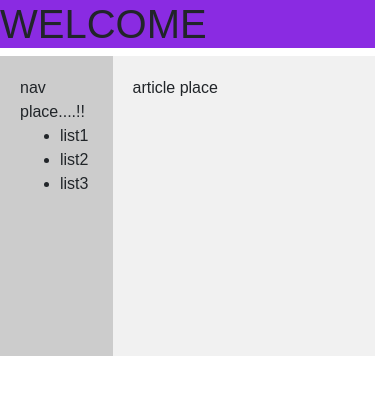
Repository: idrice24/IDRICE24-DASHBOARD
Page: html/header.html
These files come from the project's save history. The page is drawn as it stood at one moment and after the next save; the edit follows.
The browser window is 375 px wide. The pictures show the whole page.

Above is the page before, as saved 2020-09-03 22:56:37.

### html/header.html
<!DOCTYPE html>
<html lang="en">

<head>
    <meta charset="UTF-8">
    <meta name="viewport" content="width=device-width, initial-scale=1.0">
    <meta http-equiv="X-UA-Compatible" content="ie=edge">
    <title>Document</title>
    <link rel="stylesheet" href="../vendor/bootstrap-4.1/bootstrap.min.css">
    <link rel="stylesheet" href="../vendor/font-awesome-4.7/css/font-awesome.min.css">
    <link rel="stylesheet" href="../vendor/idrice24folder/idrice24.css">
</head>

<body>
    <h1>WELCOME</h1>
    <section>
        <nav>nav place....!!
            <ul>
                <li>list1</li>
                <li>list2</li>
                <li>list3</li>
            </ul>
        </nav>
        <article>article place</article>
    </section>

</body>

</html>

### vendor/idrice24folder/idrice24.css
* {
    box-sizing: border-box;
}

body {
    font-family: Arial, Helvetica, sans-serif;
}

h1,
h2,
h3 {
    background-color: blueviolet;
}

header {
    background-color: #666;
    padding: 30px;
    text-align: center;
    font-size: 35px;
    color: white;
}


/* Clear floats after the columns */

section:after {
    content: "";
    display: table;
    clear: both;
}

article {
    float: left;
    padding: 20px;
    width: 70%;
    background-color: #f1f1f1;
    height: 300px;
    /* only for demonstration, should be removed */
}


/* Create two columns/boxes that floats next to each other */

nav {
    float: left;
    width: 30%;
    height: 300px;
    /* only for demonstration, should be removed */
    background: #ccc;
    padding: 20px;
}

Loaded but not shown: vendor/bootstrap-4.1/bootstrap.min.css (library); vendor/font-awesome-4.7/css/font-awesome.min.css (library)

After the next save:
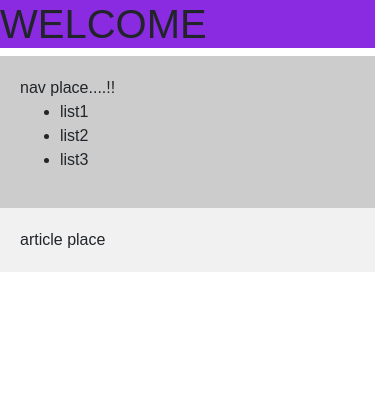
Saved 86 s later.
--- a/vendor/idrice24folder/idrice24.css
+++ b/vendor/idrice24folder/idrice24.css
@@ -1,4 +1,4 @@
-* {
+    * {
     box-sizing: border-box;
 }
 
@@ -49,3 +49,13 @@
     background: #ccc;
     padding: 20px;
 }
+
+
+/* Responsive layout - makes the two columns/boxes stack on top of each other instead of next to each other, on small screens */
+
+@media (max-width: 600px) {
+    nav,
+    article {
+        width: 100%;
+        height: auto;
+    }
